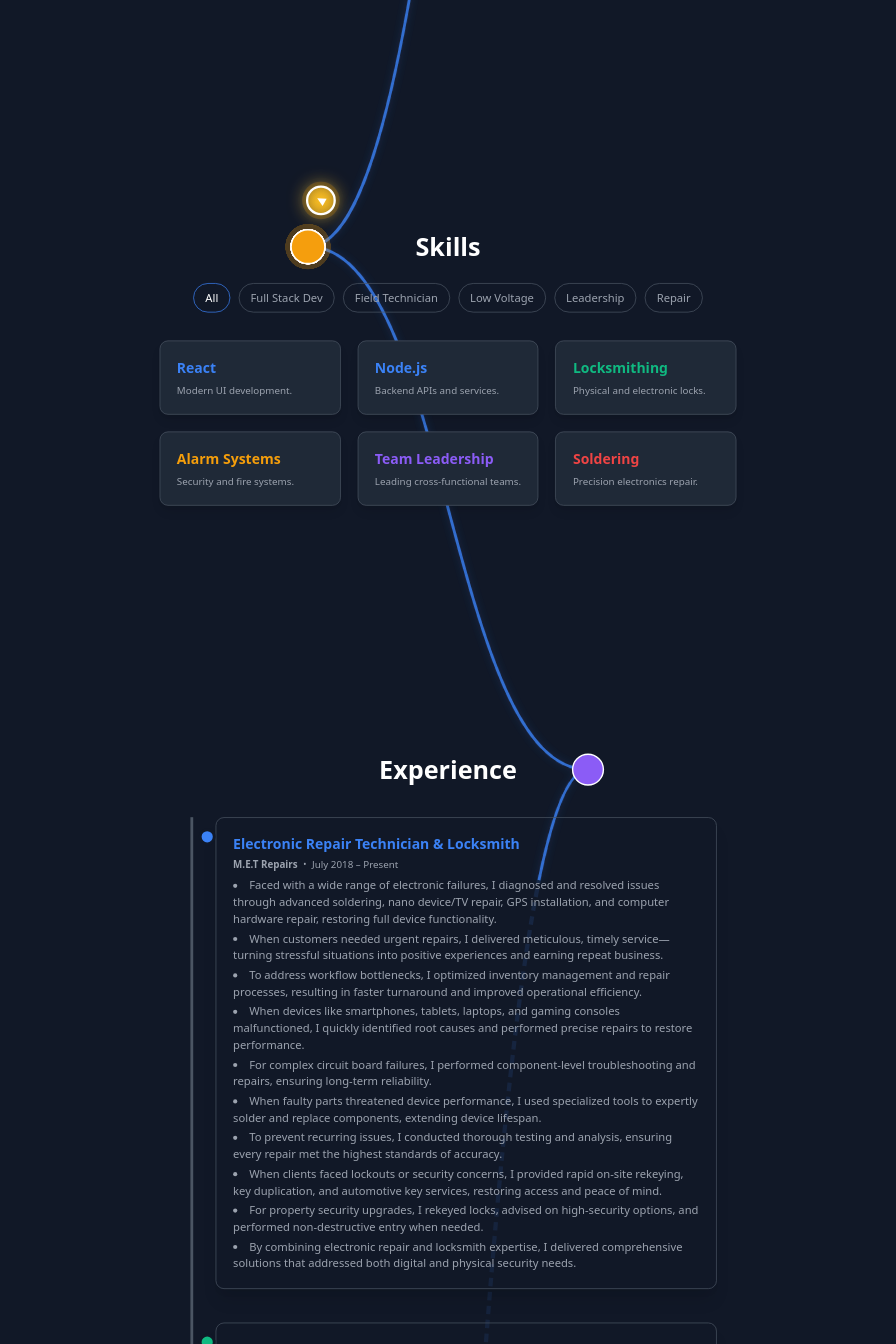
Repository: Mrguru2024/MyResumeSite
Page: /
The author's editor kept a copy of each file at every save. The page is drawn from the files as they stood at one save, then again after the next save.
The browser window is 1280 px wide. The pictures show the part of the page from y = 2078 to 3998 px (the page is 9893 px tall before and 11444 px after), at 70% of full size.
The project was rebuilt for these pictures with package versions that can differ from the ones it lists, and the page was loaded fresh each time. The framework's server and built-in components were replaced by stand-ins that run in the browser. Also part of the build but not shown: next.config.mjs.

Above is the page before, as saved 2025-05-11 19:59:01.

### src/app/layout.tsx
import type { Metadata } from "next";
import { Inter } from "next/font/google";
import "./globals.css";

const inter = Inter({
  subsets: ["latin"],
  display: "swap",
  variable: "--font-inter",
});

export const metadata: Metadata = {
  title: "Anthony 'Mrguru' Feaster - Interactive Resume",
  description: "Interactive resume website showcasing Anthony Feaster's skills, experience, and projects",
};

export default function RootLayout({
  children,
}: {
  children: React.ReactNode;
}) {
  return (
    <html lang="en" className="scroll-smooth">
      <body className={`${inter.variable} font-sans antialiased`}>
        {children}
      </body>
    </html>
  );
}

### src/app/page.tsx
"use client";
import Hero from "@/components/sections/Hero";
import About from "@/components/sections/About";
import Skills from "@/components/sections/Skills";
import Experience from "@/components/sections/Experience";
import Portfolio from "@/components/sections/Portfolio";
import BlueprintRoute from "@/components/ui/BlueprintRoute";
import { motion } from "framer-motion";
import { ErrorBoundary } from "react-error-boundary";
import { useState } from "react";
import { ActiveSectionContext } from "@/context/ActiveSectionContext";

// Debug imports
console.log("Hero:", Hero);
console.log("About:", About);
console.log("Skills:", Skills);
console.log("Experience:", Experience);
console.log("Portfolio:", Portfolio);

function ErrorFallback({
  error,
  resetErrorBoundary,
}: {
  error: Error;
  resetErrorBoundary: () => void;
}) {
  return (
    <div role="alert" className="p-4 bg-red-100 text-red-700 rounded">
      <p>Something went wrong:</p>
      <pre>{error.message}</pre>
      <button
        onClick={resetErrorBoundary}
        className="mt-2 px-4 py-2 bg-red-500 text-white rounded"
      >
        Try again
      </button>
    </div>
  );
}

export default function Home() {
  // Debug component rendering
  console.log("Rendering Home component");

  const [active, setActive] = useState(0);

  // Optionally, listen for BlueprintRoute updates (to be wired in BlueprintRoute)

  return (
    <ActiveSectionContext.Provider value={{ active, setActive }}>
      <div className="relative w-full min-h-screen bg-background-dark">
        {/* BlueprintRoute as absolute, full-height, behind content */}
        <div className="absolute top-0 left-0 w-full h-full pointer-events-none z-0">
          <BlueprintRoute />
        </div>
        {/* Main content with scroll snap */}
        <main className="relative z-10 snap-y snap-mandatory">
          {/* Hero Section */}
          <section
            id="hero"
            className="min-h-screen flex items-center justify-center relative snap-start"
          >
            <Hero />
          </section>
          {/* About Section */}
          <section
            id="about"
            className="min-h-screen pt-32 flex items-center justify-center relative snap-start"
          >
            <About />
          </section>
          {/* Skills Section */}
          <section
            id="skills"
            className="min-h-screen pt-32 flex items-center justify-center relative snap-start"
          >
            <Skills />
          </section>
          {/* Experience Section */}
          <section
            id="experience"
            className="min-h-screen pt-32 flex items-center justify-center relative snap-start"
          >
            <Experience />
          </section>
          {/* Portfolio Section */}
          <section
            id="portfolio"
            className="min-h-screen pt-32 flex items-center justify-center relative snap-start"
          >
            <Portfolio />
          </section>
        </main>
      </div>
    </ActiveSectionContext.Provider>
  );
}

### src/app/globals.css
@tailwind base;
@tailwind components;
@tailwind utilities;

@layer base {
  :root {
    --background: 0 0% 100%;
    --foreground: 222.2 84% 4.9%;
    --card: 0 0% 100%;
    --card-foreground: 222.2 84% 4.9%;
    --popover: 0 0% 100%;
    --popover-foreground: 222.2 84% 4.9%;
    --primary: 221.2 83.2% 53.3%;
    --primary-foreground: 210 40% 98%;
    --secondary: 210 40% 96.1%;
    --secondary-foreground: 222.2 47.4% 11.2%;
    --muted: 210 40% 96.1%;
    --muted-foreground: 215.4 16.3% 46.9%;
    --accent: 210 40% 96.1%;
    --accent-foreground: 222.2 47.4% 11.2%;
    --destructive: 0 84.2% 60.2%;
    --destructive-foreground: 210 40% 98%;
    --border: 214.3 31.8% 91.4%;
    --input: 214.3 31.8% 91.4%;
    --ring: 221.2 83.2% 53.3%;
    --radius: 0.5rem;
  }

  .dark {
    --background: 222.2 84% 4.9%;
    --foreground: 210 40% 98%;
    --card: 222.2 84% 4.9%;
    --card-foreground: 210 40% 98%;
    --popover: 222.2 84% 4.9%;
    --popover-foreground: 210 40% 98%;
    --primary: 217.2 91.2% 59.8%;
    --primary-foreground: 222.2 47.4% 11.2%;
    --secondary: 217.2 32.6% 17.5%;
    --secondary-foreground: 210 40% 98%;
    --muted: 217.2 32.6% 17.5%;
    --muted-foreground: 215 20.2% 65.1%;
    --accent: 217.2 32.6% 17.5%;
    --accent-foreground: 210 40% 98%;
    --destructive: 0 62.8% 30.6%;
    --destructive-foreground: 210 40% 98%;
    --border: 217.2 32.6% 17.5%;
    --input: 217.2 32.6% 17.5%;
    --ring: 224.3 76.3% 48%;
  }
}

@layer utilities {
  .perspective-1000 {
    perspective: 1000px;
  }

  .transform-style-3d {
    transform-style: preserve-3d;
  }

  .backface-hidden {
    backface-visibility: hidden;
  }

  .rotate-y-180 {
    transform: rotateY(180deg);
  }
}

html {
  scroll-behavior: smooth;
}

### src/components/sections/Hero/index.tsx
"use client";
import { useState, useEffect, useRef } from "react";
import { motion } from "framer-motion";
import Button from "@/components/ui/Button";

const TYPING_TEXT = "I fix. I code. I lead. I build what's needed.";

function useTypingEffect(text: string, speed = 40) {
  const [displayed, setDisplayed] = useState("");
  useEffect(() => {
    let i = 0;
    setDisplayed("");
    const interval = setInterval(() => {
      setDisplayed((prev) => prev + text[i]);
      i++;
      if (i >= text.length) clearInterval(interval);
    }, speed);
    return () => clearInterval(interval);
  }, [text, speed]);
  return displayed;
}

export default function Hero() {
  const typedSubtitle = useTypingEffect(TYPING_TEXT, 40);
  const containerRef = useRef<HTMLDivElement>(null);
  useEffect(() => {
    if (containerRef.current) {
      // Expose the ref globally for BlueprintRoute
      window.heroContainerRef = containerRef.current;
    }
  }, []);
  return (
    <section className="min-h-screen flex items-center justify-center relative pt-32">
      {/* Content */}
      <div
        ref={containerRef}
        className="container mx-auto px-4 sm:px-6 lg:px-8 bg-transparent relative"
      >
        <motion.div
          initial={{ opacity: 0, y: 20 }}
          animate={{ opacity: 1, y: 0 }}
          transition={{ duration: 0.8, delay: 0.2 }}
          className="text-center"
        >
          <h1 className="text-4xl sm:text-5xl md:text-6xl font-bold text-text-primary mb-6">
            Anthony "Mrguru" Feaster
          </h1>
          <h2 className="text-xl sm:text-2xl md:text-3xl text-text-accent mb-8">
            Full Stack Developer | Locksmith Lead | Low Voltage Specialist
          </h2>
          <motion.p
            initial={{ opacity: 0 }}
            animate={{ opacity: 1 }}
            transition={{ duration: 0.8, delay: 0.4 }}
            className="text-lg sm:text-xl text-text-secondary mb-12 min-h-[2.5rem]"
            aria-label={TYPING_TEXT}
          >
            {typedSubtitle}
            <span className="animate-pulse">|</span>
          </motion.p>
          <motion.div
            initial={{ opacity: 0, y: 20 }}
            animate={{ opacity: 1, y: 0 }}
            transition={{ duration: 0.8, delay: 0.6 }}
          >
            <Button
              onClick={() => {
                document
                  .getElementById("about")
                  ?.scrollIntoView({ behavior: "smooth" });
              }}
              variant="primary"
              size="lg"
              data-journey-button
            >
              Begin Journey
            </Button>
          </motion.div>
        </motion.div>
      </div>
    </section>
  );
}

### src/components/sections/Skills/index.tsx
"use client";
import { useState } from "react";
import { motion, AnimatePresence } from "framer-motion";
import { cn } from "@/lib/utils";

const SKILL_CATEGORIES = [
  { key: "fullstack", label: "Full Stack Dev", color: "text-skill-fullstack" },
  { key: "field", label: "Field Technician", color: "text-skill-field" },
  { key: "lowvoltage", label: "Low Voltage", color: "text-skill-lowvoltage" },
  { key: "leadership", label: "Leadership", color: "text-skill-leadership" },
  { key: "repair", label: "Repair", color: "text-skill-repair" },
];

const SKILLS = [
  {
    name: "React",
    category: "fullstack",
    description: "Modern UI development.",
  },
  {
    name: "Node.js",
    category: "fullstack",
    description: "Backend APIs and services.",
  },
  {
    name: "Locksmithing",
    category: "field",
    description: "Physical and electronic locks.",
  },
  {
    name: "Alarm Systems",
    category: "lowvoltage",
    description: "Security and fire systems.",
  },
  {
    name: "Team Leadership",
    category: "leadership",
    description: "Leading cross-functional teams.",
  },
  {
    name: "Soldering",
    category: "repair",
    description: "Precision electronics repair.",
  },
  // ...add more skills as needed
];

export default function Skills() {
  const [filter, setFilter] = useState<string | null>(null);
  const [selectedSkill, setSelectedSkill] = useState<(typeof SKILLS)[0] | null>(
    null
  );

  const filteredSkills = filter
    ? SKILLS.filter((s) => s.category === filter)
    : SKILLS;

  return (
    <section className="min-h-screen flex items-center justify-center relative pt-32">
      <div className="container mx-auto px-4 sm:px-6 lg:px-8 bg-transparent">
        <motion.div
          className="w-full max-w-5xl mx-auto"
          initial={{ opacity: 0, y: 40 }}
          whileInView={{ opacity: 1, y: 0 }}
          viewport={{ once: true }}
          transition={{ duration: 0.7, delay: 0.2 }}
        >
          <h2 className="text-3xl sm:text-4xl font-bold text-text-primary mb-8 text-center">
            Skills
          </h2>
          <div className="flex flex-wrap justify-center gap-3 mb-10">
            <button
              className={cn(
                "px-4 py-2 rounded-full border border-card-border text-text-secondary hover:text-text-primary hover:bg-card-hover transition",
                !filter &&
                  "bg-skill-fullstack/10 text-text-primary border-skill-fullstack"
              )}
              onClick={() => setFilter(null)}
            >
              All
            </button>
            {SKILL_CATEGORIES.map((cat) => (
              <button
                key={cat.key}
                className={cn(
                  "px-4 py-2 rounded-full border border-card-border text-text-secondary hover:text-text-primary hover:bg-card-hover transition",
                  filter === cat.key &&
                    `bg-${cat.color.replace("text-", "")}/10 text-${
                      cat.color
                    } border-${cat.color.replace("text-", "")}`
                )}
                onClick={() => setFilter(cat.key)}
              >
                {cat.label}
              </button>
            ))}
          </div>
          <div className="grid grid-cols-1 sm:grid-cols-2 md:grid-cols-3 gap-6">
            {filteredSkills.map((skill) => (
              <motion.div
                key={skill.name}
                whileHover={{ scale: 1.04 }}
                whileTap={{ scale: 0.98 }}
                className={cn(
                  "bg-card-bg border border-card-border rounded-xl p-6 shadow-lg cursor-pointer transition-colors hover:bg-card-hover",
                  SKILL_CATEGORIES.find((cat) => cat.key === skill.category)
                    ?.color
                )}
                onClick={() => setSelectedSkill(skill)}
                tabIndex={0}
                role="button"
                aria-label={`View details for ${skill.name}`}
              >
                <h3
                  className={cn(
                    "text-xl font-bold mb-2",
                    SKILL_CATEGORIES.find((cat) => cat.key === skill.category)
                      ?.color
                  )}
                >
                  {skill.name}
                </h3>
                <p className="text-text-secondary text-sm">
                  {skill.description}
                </p>
              </motion.div>
            ))}
          </div>
          <AnimatePresence>
            {selectedSkill && (
              <motion.div
                className="fixed inset-0 z-50 flex items-center justify-center bg-black/70"
                initial={{ opacity: 0 }}
                animate={{ opacity: 1 }}
                exit={{ opacity: 0 }}
                onClick={() => setSelectedSkill(null)}
              >
                <motion.div
                  className="bg-card-bg border border-card-border rounded-xl p-8 shadow-lg max-w-md w-full relative"
                  initial={{ scale: 0.9, opacity: 0 }}
                  animate={{ scale: 1, opacity: 1 }}
                  exit={{ scale: 0.9, opacity: 0 }}
                  onClick={(e) => e.stopPropagation()}
                >
                  <button
                    className="absolute top-3 right-3 text-text-secondary hover:text-text-primary"
                    onClick={() => setSelectedSkill(null)}
                    aria-label="Close"
                  >
                    ×
                  </button>
                  <h3
                    className={cn(
                      "text-2xl font-bold mb-4",
                      SKILL_CATEGORIES.find(
                        (cat) => cat.key === selectedSkill.category
                      )?.color
                    )}
                  >
                    {selectedSkill.name}
                  </h3>
                  <p className="text-text-secondary mb-2">
                    {selectedSkill.description}
                  </p>
                  <span
                    className={cn(
                      "inline-block px-3 py-1 rounded-full text-xs font-semibold mt-2",
                      SKILL_CATEGORIES.find(
                        (cat) => cat.key === selectedSkill.category
                      )?.color
                    )}
                  >
                    {
                      SKILL_CATEGORIES.find(
                        (cat) => cat.key === selectedSkill.category
                      )?.label
                    }
                  </span>
                </motion.div>
              </motion.div>
            )}
          </AnimatePresence>
        </motion.div>
      </div>
    </section>
  );
}

### src/context/ActiveSectionContext.tsx
import { createContext } from "react";

export const ActiveSectionContext = createContext({
  active: 0,
  setActive: (i: number) => {},
});

### src/components/ui/Button/index.tsx
import { ButtonHTMLAttributes, forwardRef } from "react";
import { cn } from "@/lib/utils";

interface ButtonProps extends ButtonHTMLAttributes<HTMLButtonElement> {
  variant?: "primary" | "secondary" | "outline";
  size?: "sm" | "md" | "lg";
}

const Button = forwardRef<HTMLButtonElement, ButtonProps>(
  ({ className, variant = "primary", size = "md", ...props }, ref) => {
    return (
      <button
        className={cn(
          "inline-flex items-center justify-center rounded-md font-medium transition-colors focus-visible:outline-none focus-visible:ring-2 focus-visible:ring-ring focus-visible:ring-offset-2 disabled:opacity-50 disabled:pointer-events-none",
          {
            "bg-button-primary text-button-text hover:bg-button-primaryHover":
              variant === "primary",
            "bg-secondary text-white hover:bg-secondary/90":
              variant === "secondary",
            "border border-input bg-background hover:bg-accent hover:text-accent-foreground":
              variant === "outline",
            "h-9 px-3 text-sm": size === "sm",
            "h-10 px-4 py-2": size === "md",
            "h-11 px-8 text-lg": size === "lg",
          },
          className
        )}
        ref={ref}
        {...props}
      />
    );
  }
);

Button.displayName = "Button";

export default Button;

### src/lib/utils.ts
import { type ClassValue, clsx } from "clsx";
import { twMerge } from "tailwind-merge";

export function cn(...inputs: ClassValue[]) {
  return twMerge(clsx(...inputs));
}

### src/components/sections/Projects/index.tsx
"use client";
import { motion } from "framer-motion";
import { useState } from "react";
import { cn } from "@/lib/utils";

const PROJECTS = [
  {
    name: "MyResumeSite",
    description:
      "Interactive resume website built with Next.js, React, and Framer Motion",
    language: "TypeScript",
    url: "https://github.com/Mrguru2024/MyResumeSite",
    updated: "May 11, 2025",
    topics: ["nextjs", "react", "typescript", "framer-motion", "tailwindcss"],
  },
  {
    name: "mcp-nextjs-boilerplate",
    description: "Modular Component Pattern boilerplate for Next.js projects",
    language: "TypeScript",
    url: "https://github.com/Mrguru2024/mcp-nextjs-boilerplate",
    updated: "May 9, 2025",
    topics: ["nextjs", "typescript", "boilerplate", "mcp"],
  },
  {
    name: "Newsletter",
    description: "Newsletter subscription and management application",
    language: "JavaScript",
    url: "https://github.com/Mrguru2024/Newsletter",
    updated: "May 7, 2025",
    topics: ["javascript", "newsletter", "subscription"],
  },
  {
    name: "PersonalPortfolio",
    description: "Personal portfolio website showcasing projects and skills",
    language: "TypeScript",
    url: "https://github.com/Mrguru2024/PersonalPortfolio",
    updated: "May 5, 2025",
    topics: ["typescript", "portfolio", "react"],
  },
  {
    name: "IncomeIntelligence",
    description: "Financial tracking and analysis application",
    language: "TypeScript",
    url: "https://github.com/Mrguru2024/IncomeIntelligence",
    updated: "May 4, 2025",
    topics: ["typescript", "finance", "analytics"],
  },
  {
    name: "StackrLaunch",
    description: "Stack-based deployment and management platform",
    language: "TypeScript",
    url: "https://github.com/Mrguru2024/StackrLaunch",
    updated: "May 4, 2025",
    topics: ["typescript", "deployment", "devops"],
  },
  {
    name: "inventoryapp",
    description: "Inventory management system for businesses",
    language: "TypeScript",
    url: "https://github.com/Mrguru2024/inventoryapp",
    updated: "Apr 12, 2025",
    topics: ["typescript", "inventory", "management"],
  },
];

export default function Projects() {
  const [selectedProject, setSelectedProject] = useState<
    (typeof PROJECTS)[0] | null
  >(null);

  return (
    <section className="min-h-screen flex items-center justify-center relative pt-32">
      <div className="container mx-auto px-4 sm:px-6 lg:px-8 bg-transparent">
        <motion.div
          className="w-full max-w-6xl mx-auto"
          initial={{ opacity: 0, y: 40 }}
          whileInView={{ opacity: 1, y: 0 }}
          viewport={{ once: true }}
          transition={{ duration: 0.7, delay: 0.2 }}
        >
          <h2 className="text-3xl sm:text-4xl font-bold text-text-primary mb-12 text-center">
            Projects
          </h2>
          <div className="grid grid-cols-1 md:grid-cols-2 lg:grid-cols-3 gap-6">
            {PROJECTS.map((project, idx) => (
              <motion.div
                key={project.name}
                initial={{ opacity: 0, y: 20 }}
                whileInView={{ opacity: 1, y: 0 }}
                viewport={{ once: true }}
                transition={{ duration: 0.5, delay: idx * 0.1 }}
                className="bg-background-dark/90 border border-card-border rounded-xl p-6 shadow-xl backdrop-blur-sm hover:shadow-2xl transition-all duration-300"
              >
                <div className="flex items-start justify-between mb-4">
                  <h3 className="text-xl font-bold text-text-primary">
                    {project.name}
                  </h3>
                  <span className="text-xs px-2 py-1 rounded-full bg-emerald-500/20 text-emerald-500">
                    {project.language}
                  </span>
                </div>
                <p className="text-text-secondary text-sm mb-4">
                  {project.description}
                </p>
                <div className="flex flex-wrap gap-2 mb-4">
                  {project.topics.map((topic) => (
                    <span
                      key={topic}
                      className="text-xs px-2 py-1 rounded-full bg-card-hover text-text-secondary"
                    >
                      {topic}
                    </span>
                  ))}
                </div>
                <div className="flex items-center justify-between">
                  <span className="text-xs text-text-secondary">
                    Updated {project.updated}
                  </span>
                  <a
                    href={project.url}
                    target="_blank"
                    rel="noopener noreferrer"
                    className="text-emerald-500 hover:text-emerald-400 text-sm font-medium transition-colors"
                  >
                    View Project →
                  </a>
                </div>
              </motion.div>
            ))}
          </div>
        </motion.div>
      </div>
    </section>
  );
}

Loaded but not shown: tailwind.config.js (54 lines, source omitted); src/components/ui/BlueprintRoute/index.tsx (676 lines, source omitted); src/components/sections/About/index.tsx (340 lines, source omitted); src/components/sections/Experience/index.tsx (165 lines, source omitted); src/components/sections/Portfolio/index.tsx (201 lines, source omitted)

After the next save:
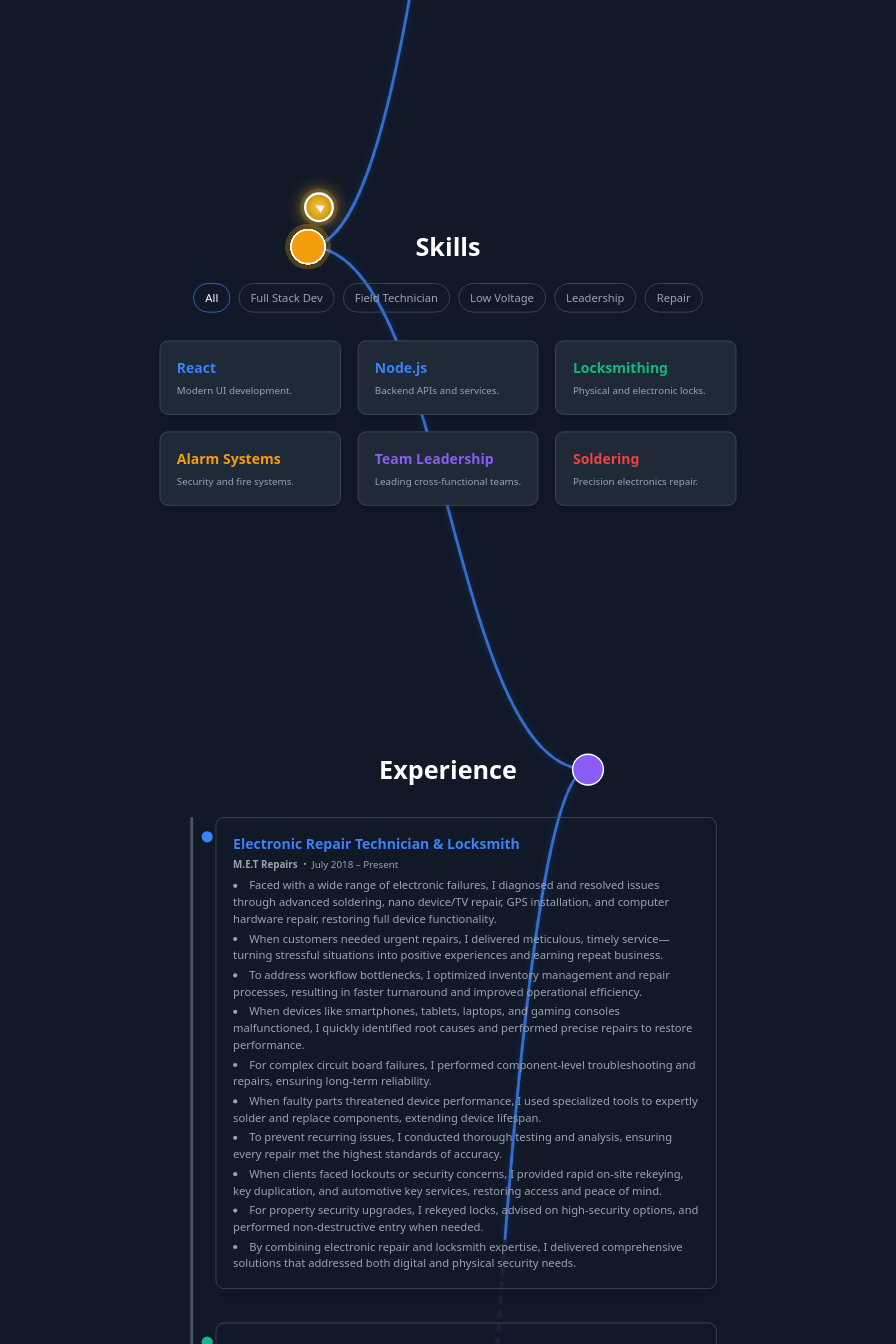
Saved 8 s later.
--- a/src/app/page.tsx
+++ b/src/app/page.tsx
@@ -3,6 +3,7 @@
 import About from "@/components/sections/About";
 import Skills from "@/components/sections/Skills";
 import Experience from "@/components/sections/Experience";
+import Projects from "@/components/sections/Projects";
 import Portfolio from "@/components/sections/Portfolio";
 import BlueprintRoute from "@/components/ui/BlueprintRoute";
 import { motion } from "framer-motion";
@@ -15,6 +16,7 @@
 console.log("About:", About);
 console.log("Skills:", Skills);
 console.log("Experience:", Experience);
+console.log("Projects:", Projects);
 console.log("Portfolio:", Portfolio);
 
 function ErrorFallback({
@@ -83,6 +85,13 @@
           >
             <Experience />
           </section>
+          {/* Projects Section */}
+          <section
+            id="projects"
+            className="min-h-screen pt-32 flex items-center justify-center relative snap-start"
+          >
+            <Projects />
+          </section>
           {/* Portfolio Section */}
           <section
             id="portfolio"
